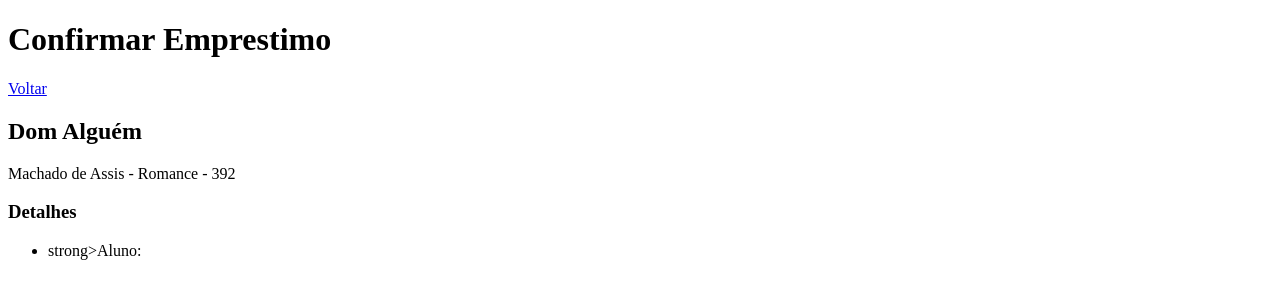
Repository: melloeduarda/html
Page: confirmar.html
The author's editor kept a copy of each file at every save. The page is drawn from the files as they stood at one save, then again after the next save.
The browser window is 1280 px wide. The pictures show the whole page.

Above is the page before, as saved 2026-10-28 16:19:16.

### confirmar.html
<!DOCTYPE html>
<html lang="en">
<head>
    <meta charset="UTF-8">
    <meta name="viewport" content="width=device-width, initial-scale=1.0">
    <title>Confirmar Emprestimo</title>
</head>
<body>
    <header>
        <h1>Confirmar Emprestimo</h1>
        <a class="botao" href="buscar.html">Voltar</a>
    <header>

        <h2>Dom Alguém</h2>
        <p>Machado de Assis - Romance - 392</p>

        <h3>Detalhes</h3>
        <ul>
            <li>strong>Aluno:</strong></li>
        </ul>
</body>
</html>

After the next save:
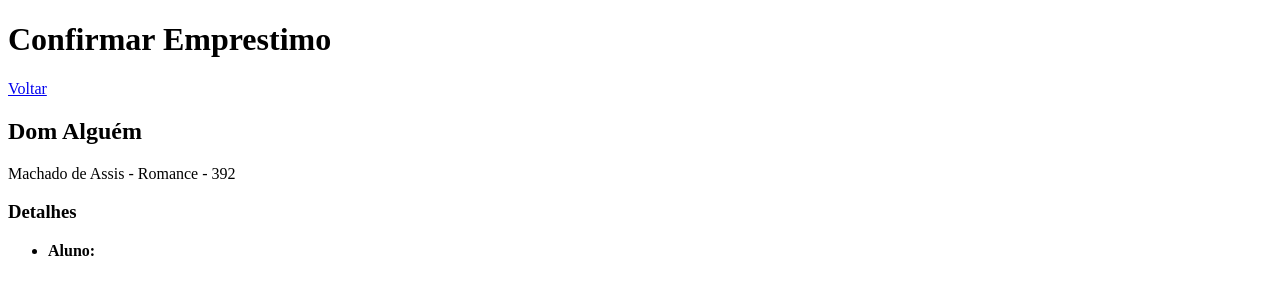
Saved 8 s later.
--- a/confirmar.html
+++ b/confirmar.html
@@ -16,7 +16,7 @@
 
         <h3>Detalhes</h3>
         <ul>
-            <li>strong>Aluno:</strong></li>
+            <li><strong>Aluno:</strong></li>
         </ul>
 </body>
 </html>
